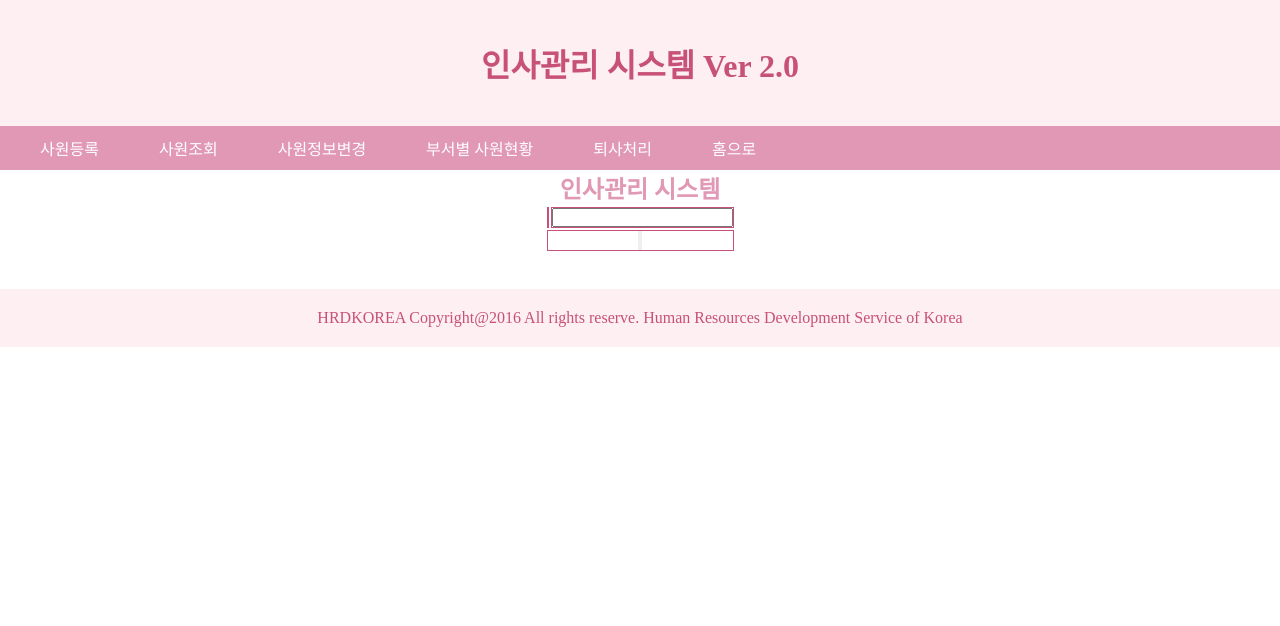
Repository: SeolhwaPark/JSL40_HRDKOREA
Page: http://localhost/HRD_0429/
An editor plug-in stored every save of this project. The page is shown before and after the next save, followed by the edit.
The browser window is 1280 px wide. The pictures show the whole page.
The page is served by Tomcat 9.

Above is the page before, as saved 2020-04-29 04:22:54.

After the next save:
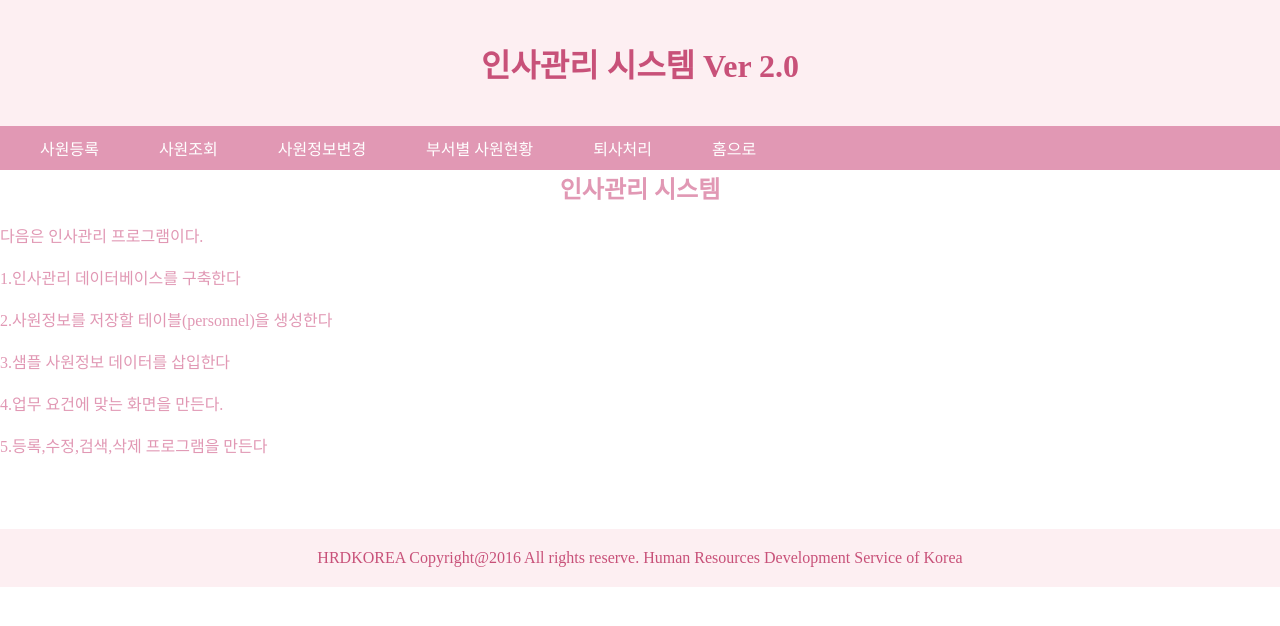
Saved 92 s later.
--- a/HRD_0429/WebContent/index.jsp
+++ b/HRD_0429/WebContent/index.jsp
@@ -48,20 +48,13 @@ a{padding:20px; text-decoration:none; color:#fff}
 <section>
 	<h2 class="title">인사관리 시스템</h2>
 	<div class="content">
-		<form name="" method="post" action="">
-			<table>
-				<tr>
-					<th></th>
-					<td><input type="text" name="" value="">
-					</td>
-				</tr>
-				<tr>
-					<td	colspan="2" class="btn_group">
-						<input type="button" value="" onClick="">
-					</td>
-				</tr>
-			</table>
-		</form>
+		<br>다음은 인사관리 프로그램이다.<br>
+		<br>1.인사관리 데이터베이스를 구축한다<br>
+		<br>2.사원정보를 저장할 테이블(personnel)을 생성한다<br>
+		<br>3.샘플 사원정보 데이터를 삽입한다<br>
+		<br>4.업무 요건에 맞는 화면을 만든다.<br>
+		<br>5.등록,수정,검색,삭제 프로그램을 만든다<br>
+		<br><br>
 	</div>
 </section>
 </div>
